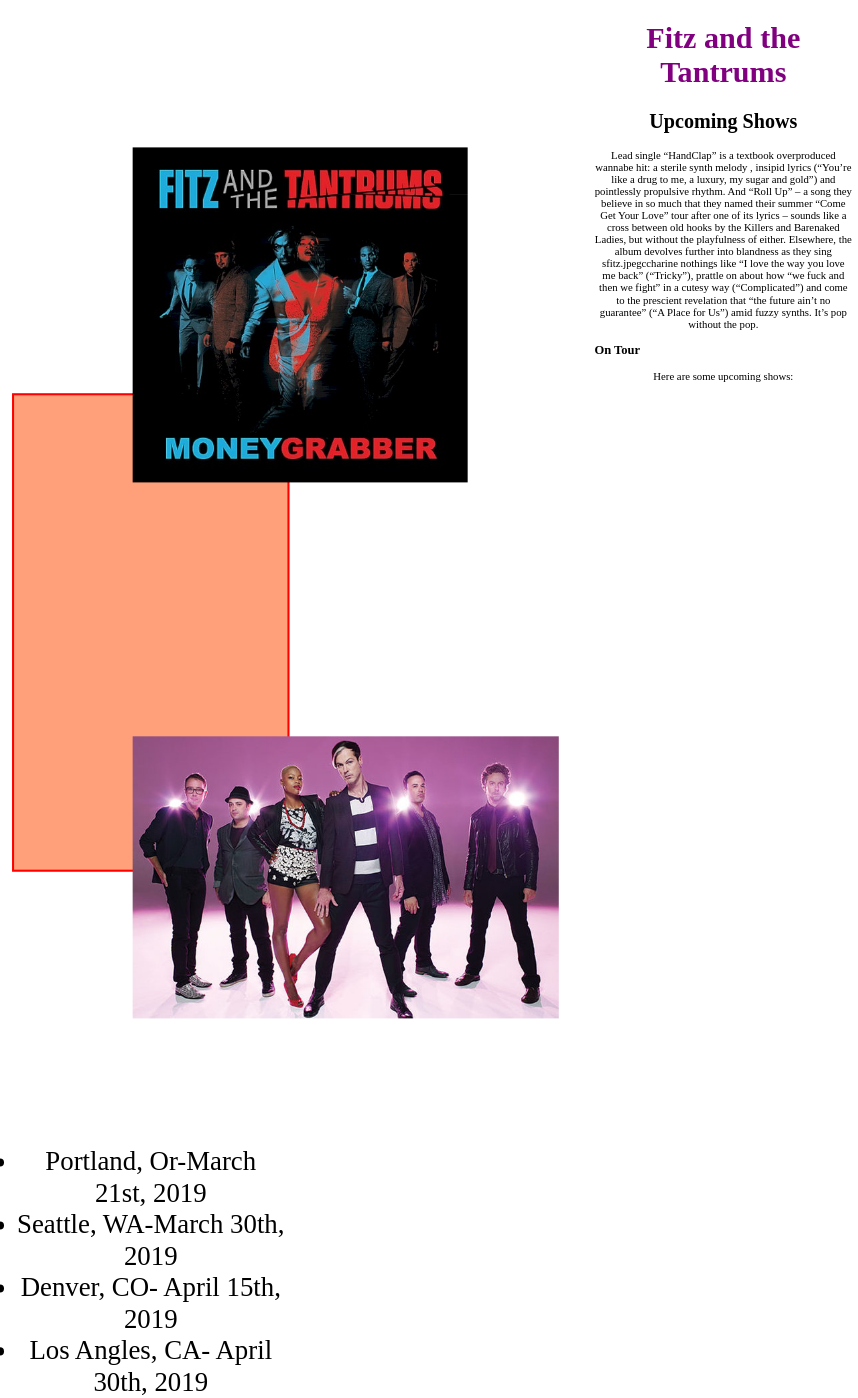
Repository: fieldceleste/Best-Vacation
Page: Desktop/favorite-band/favorite-band.html
The author's editor kept a copy of each file at every save. The page is drawn from the files as they stood at one save, then again after the next save.
The browser window is 1280 px wide. The pictures show the whole page, at 67% of full size.

Above is the page before, as saved 2019-10-28 18:08:19.

### Desktop/favorite-band/favorite-band.html
<!DOCTYPE html>
<html>
<head>
  <link href="css/styles.css" rel="stylesheet" type="text/css">

    <title>Best Bands Coming to Town</title>
    <body>
        <img class=".img" src="img/moneygrabber.jpeg" alt="picture of album cover">
        <h1>Fitz and the Tantrums</h1>
        <h2>Upcoming Shows</h2>
        <img class="img" src="img/fitz.jpeg" alt="picture of fitz and the tantrums">

        <p>
            Lead single “HandClap” is a textbook
            overproduced wannabe hit: a sterile synth melody
            , insipid lyrics (“You’re like a drug to me, a
            luxury, my sugar and gold”) and pointlessly propulsive
            rhythm. And “Roll Up” – a song they believe in so much
            that they named their summer “Come Get Your Love” tour
            after one of its lyrics – sounds like a cross between
            old hooks by the Killers and Barenaked Ladies, but without
            the playfulness of either. Elsewhere, the album devolves
            further into blandness as they sing sfitz.jpegccharine nothings
            like “I love the way you love me back” (“Tricky”), prattle
            on about how “we fuck and then we fight” in a cutesy way
            (“Complicated”) and come to the prescient revelation that
            “the future ain’t no guarantee” (“A Place for Us”) amid fuzzy
            synths. It’s pop without the pop.

        </p>

        <h3>On Tour</h3>
        <p>Here are some upcoming shows:</p>
        <p>
        <ul class="special">
            <li>Portland, Or-March 21st, 2019</li>
            <li>Seattle, WA-March 30th, 2019</li>
            <li>Denver, CO- April 15th, 2019</li>
            <li>Los Angles, CA- April 30th, 2019</li>
        </ul>
        </p>
       </div>
       </body>


</head>
</html>

### Desktop/favorite-band/css/styles.css
h1 {
    text-align: center;
    font-size: 45px;
    color: purple
}
h2 {
     font-size:30px;
     text-align: center;

}

ul.special {
   margin: 10px;
   border: 3px solid red;
   padding: 4px;
   background-color: lightsalmon;
   box-sizing: content-box;
   width: 400px;
   height: 700px;


}

p {
    text-align: center;

}
img {
    float: left;
    padding: 15%;

}


ul {
    text-align: right;
    text-align: center;
    font-size: 40px;
}
.img {

    float:left ;
    padding:

}

After the next save:
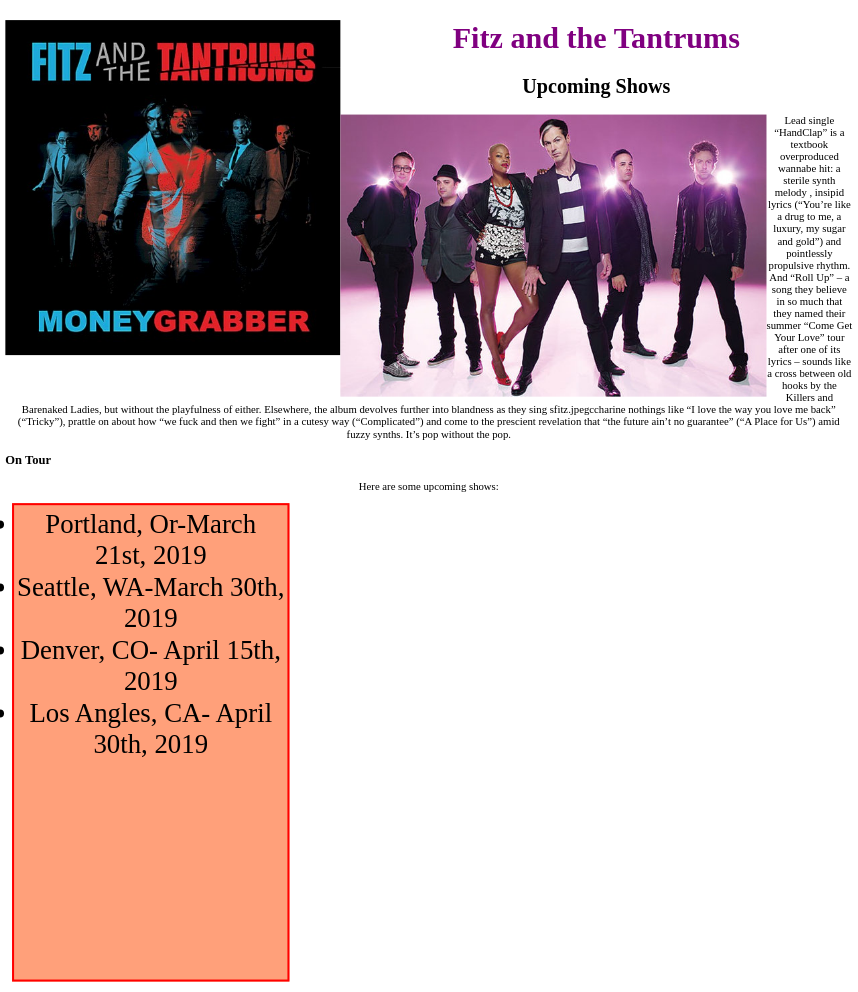
Saved 10 min 32 s later.
--- a/Desktop/favorite-band/css/styles.css
+++ b/Desktop/favorite-band/css/styles.css
@@ -27,7 +27,7 @@
 }
 img {
     float: left;
-    padding: 15%;
+
 
 }
 
@@ -40,6 +40,6 @@
 .img {
 
     float:left ;
-    padding:
+
 
 }
